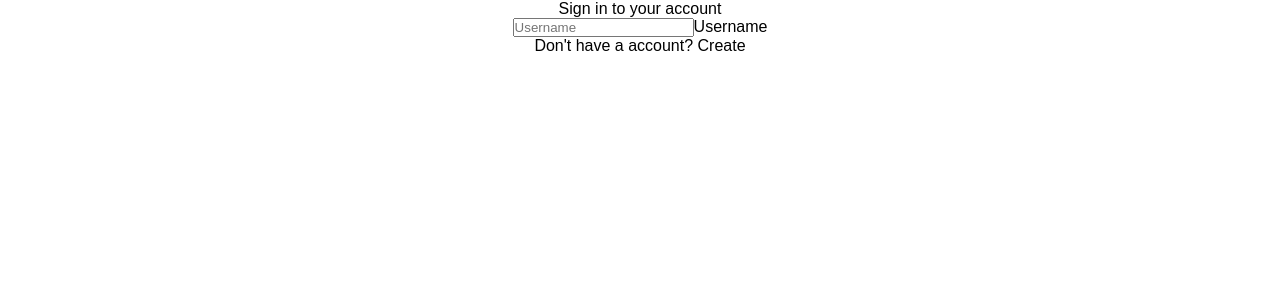
Repository: 70y-ali/branding_
Page: /sign-up (app in client/)
These files come from the project's save history. The page is drawn as it stood at one moment and after the next save; the edit follows.
The browser window is 1280 px wide. The pictures show the whole page.
The page's requests for data from a server got no answer. The project was rebuilt for these pictures with package versions that can differ from the ones it lists, and the page was loaded fresh each time. No one was signed in, and anything a server would have sent is missing. Also part of the build but not shown: client/src/components/Home/index.js.

Above is the page before, as saved 2021-02-15 01:36:31.

After the next save:
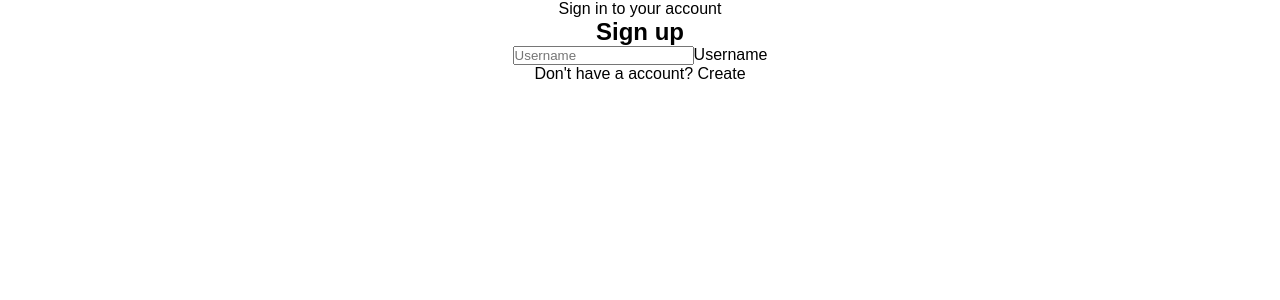
Saved 6 min 33 s later.
--- a/client/src/components/SignUp/index.js
+++ b/client/src/components/SignUp/index.js
@@ -62,6 +62,7 @@
     return (
         <div className='row' onClick={register}>
             Sign in to your account
+            <h2 class="form-title">Sign up</h2>
             <form className='col-lg-12'>
                 <div className='row'>
                     <div className='input-field col-lg-6'>
